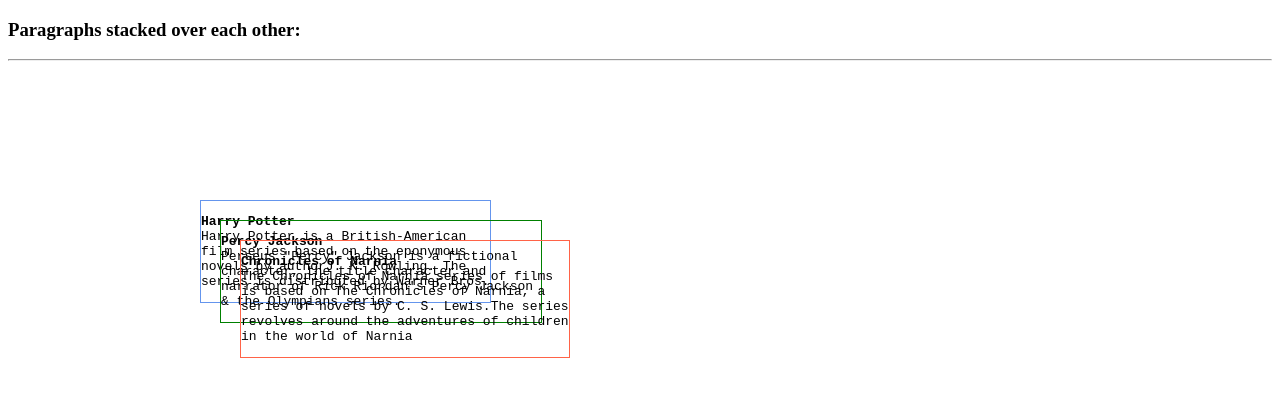
Repository: KrishnaSandeep79/WPS-Assignment
Page: WPS/WebContent/para.html
An editor plug-in stored every save of this project. The page is shown before and after the next save, followed by the edit.
The browser window is 1280 px wide. The pictures show the whole page.

Above is the page before, as saved 2019-08-24 05:48:48.

After the next save:
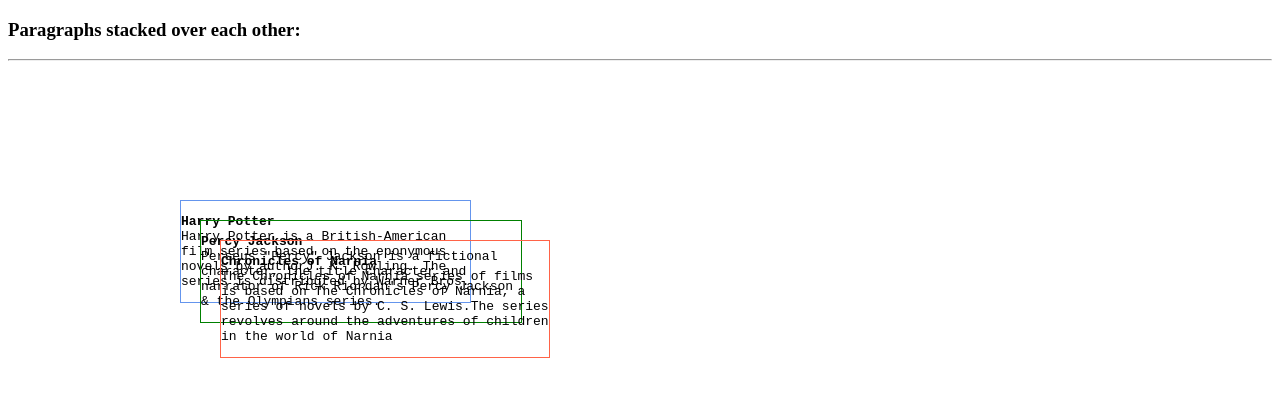
Saved 33 s later.
--- a/WPS/WebContent/para.html
+++ b/WPS/WebContent/para.html
@@ -6,17 +6,17 @@
 <style>
 #first { position:absolute;
          top:200px;
-         left:200px;
+         left:180px;
          border:1px solid cornflowerblue;
          }
 #second { position:absolute;
          top:220px;
-         left:220px;
+         left:200px;
          border:1px solid green;
          }
 #third { position:absolute;
          top:240px;
-         left:240px;
+         left:220px;
          border:1px solid tomato;
          }
 
